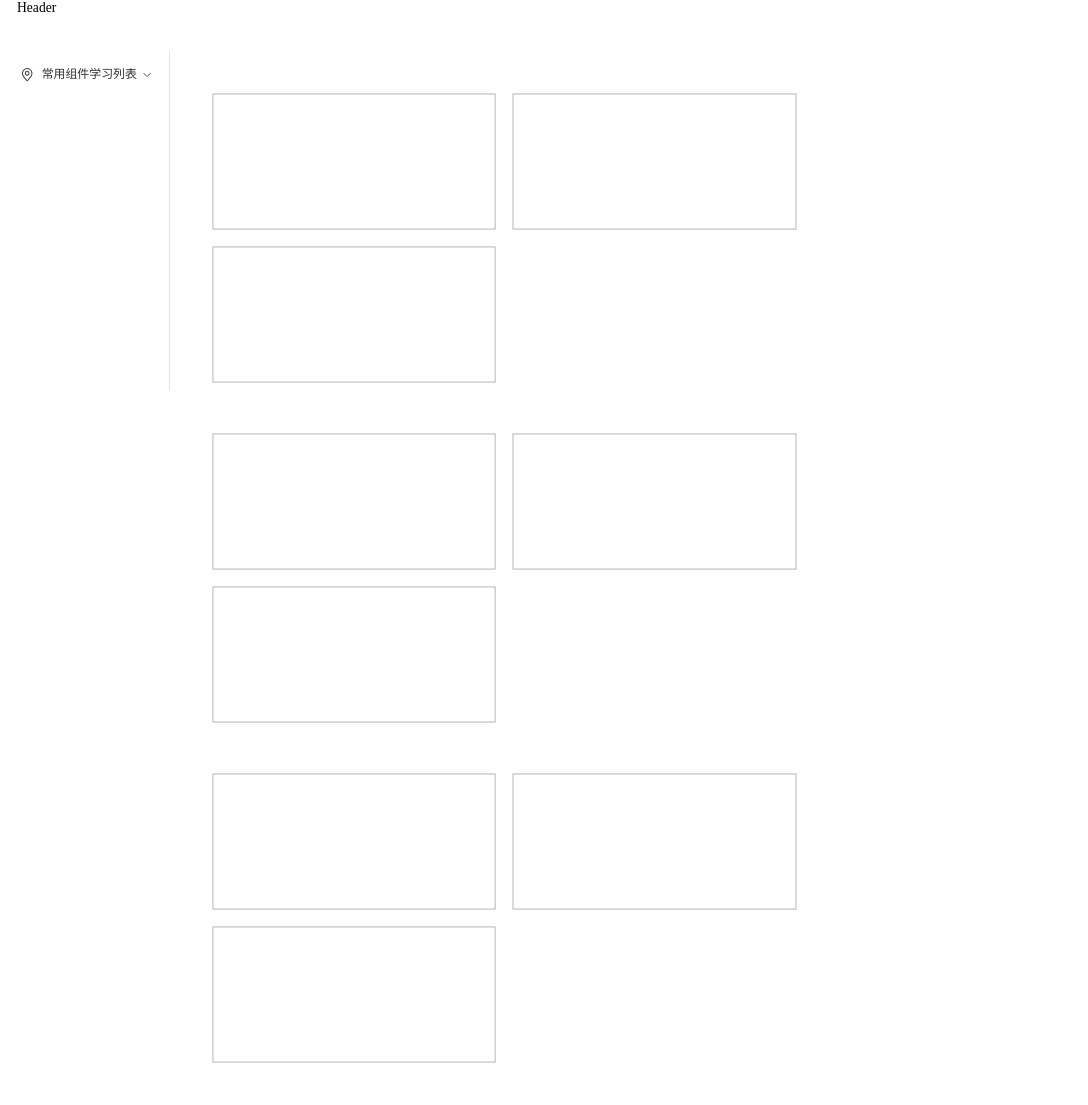
Repository: 553559555/vue3-project
Page: /#/index (app in vue3-app/)
An editor plug-in stored every save of this project. The page is shown before and after the next save, followed by the edit.
The browser window is 1280 px wide. The pictures show the whole page, at 85% of full size.
The project was rebuilt for these pictures with package versions that can differ from the ones it lists, and the page was loaded fresh each time. Also part of the build but not shown: vue3-app/vite.config.ts.

Above is the page before, as saved 2025-03-24 10:48:02.

After the next save:
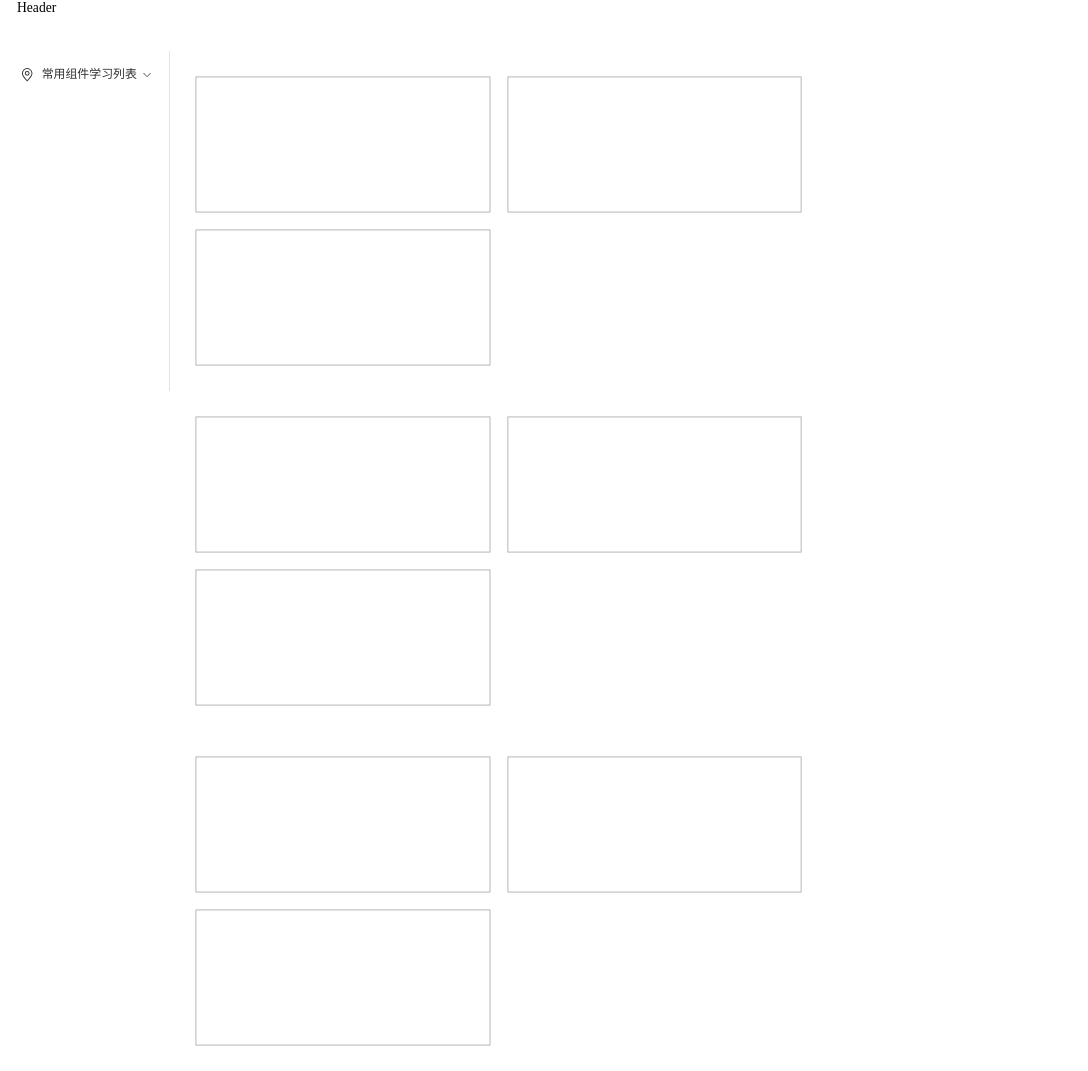
Saved 100 s later.
--- a/vue3-app/src/views/index.vue
+++ b/vue3-app/src/views/index.vue
@@ -27,5 +27,11 @@ div {
     width: 100vw;
     height: 100vh;
     box-sizing: border-box;
+
+
+    .el-main {
+        margin: 0px;
+        padding: 0px;
+    }
 }
 </style>
